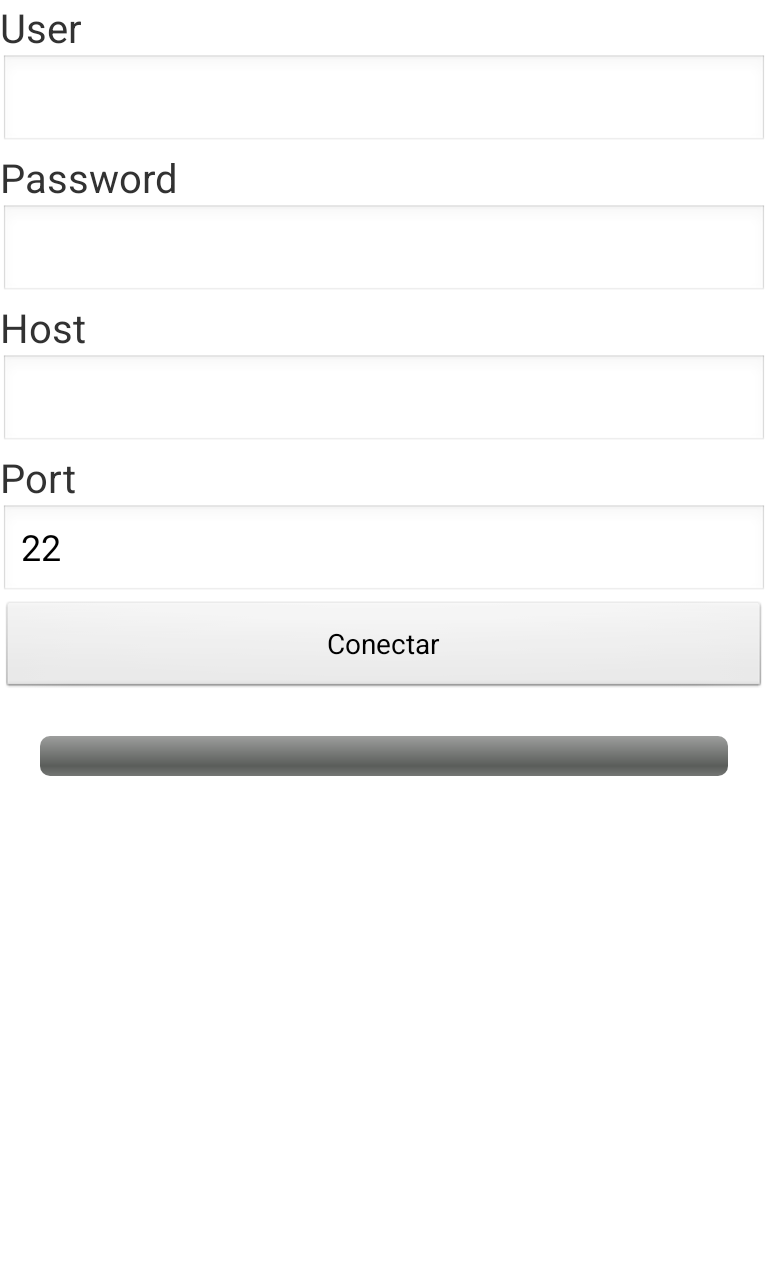
Repository: jonatansantos/Android-Server-Status
Layout: desarrollo/ModuloSSH/res/layout/pestanamainmanual.xml
These files come from the project's save history. The layout is drawn as it stood at one moment and after the next save; the edit follows.
It is drawn on a 768 x 1280 px phone screen (xhdpi) without system bars, with theme android:Theme.Light; the app's code is not run.

Above is the layout before, as saved 2012-03-23 17:36:46.

After the next save:
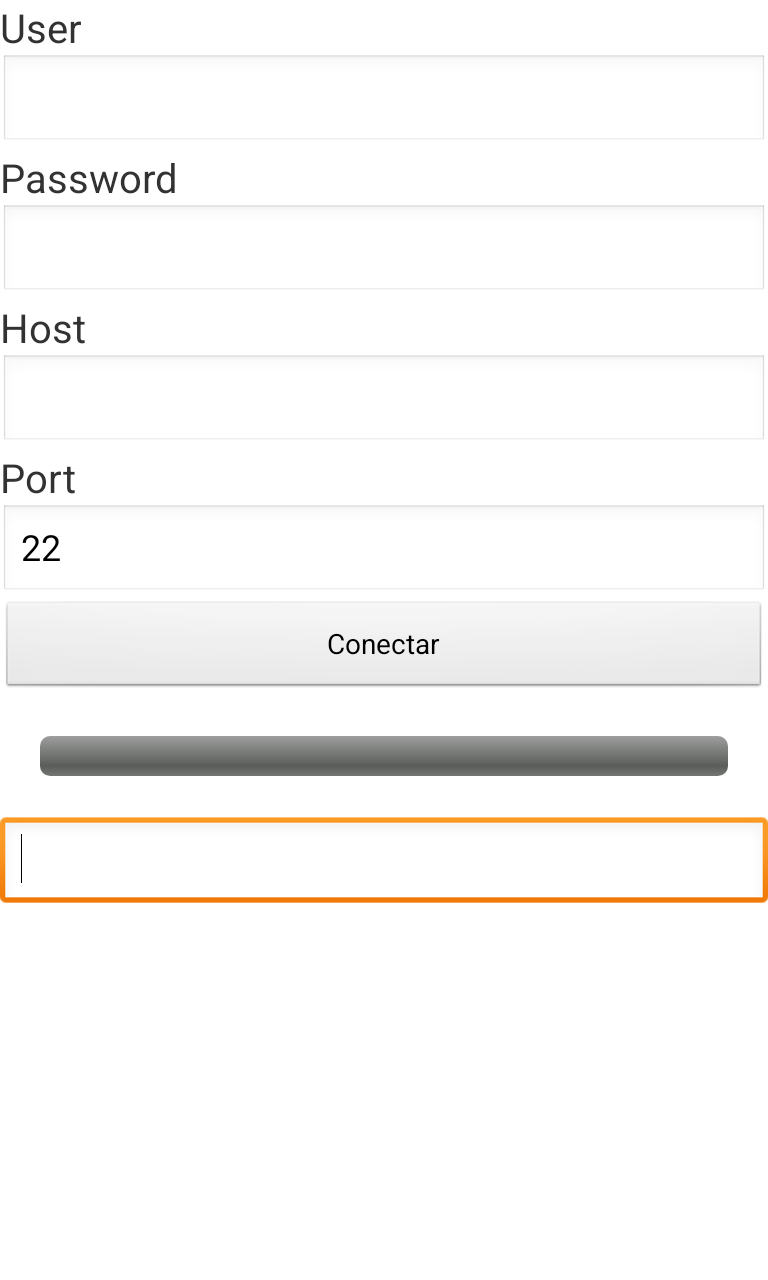
Saved 2 min 50 s later.
--- a/desarrollo/ModuloSSH/res/layout/pestanamainmanual.xml
+++ b/desarrollo/ModuloSSH/res/layout/pestanamainmanual.xml
@@ -129,6 +129,15 @@
         <!-- android:inputType="textMultiLine" /> -->
         <!-- </LinearLayout> -->
         <!-- </ViewSwitcher> -->
+
+        <EditText
+            android:id="@+id/editText1"
+            android:layout_width="match_parent"
+            android:layout_height="wrap_content" >
+
+            <requestFocus />
+        </EditText>
+
     </LinearLayout>
 
 </ScrollView>
